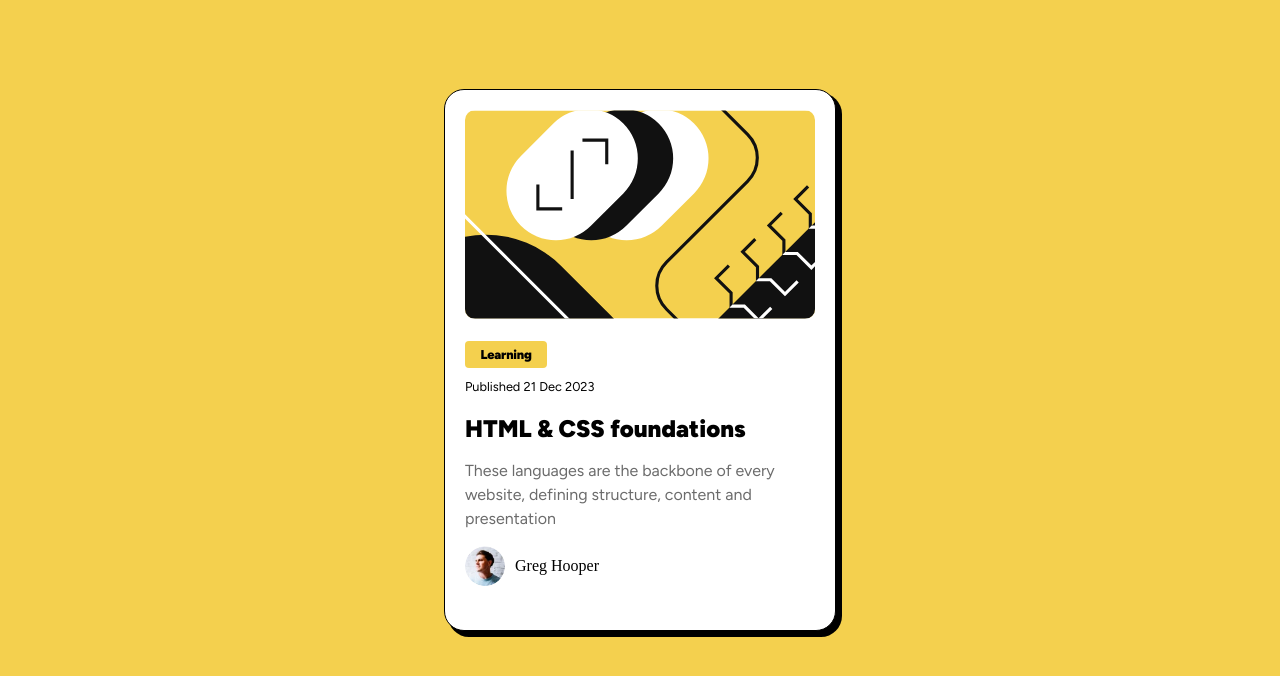
Repository: brandontaylor1/blogpreviewcard
Page: index.html
An editor plug-in stored every save of this project. The page is shown before and after the next save, followed by the edit.
The browser window is 1280 px wide. The pictures show the whole page.

Above is the page before, as saved 2024-12-25 12:23:32.

After the next save:
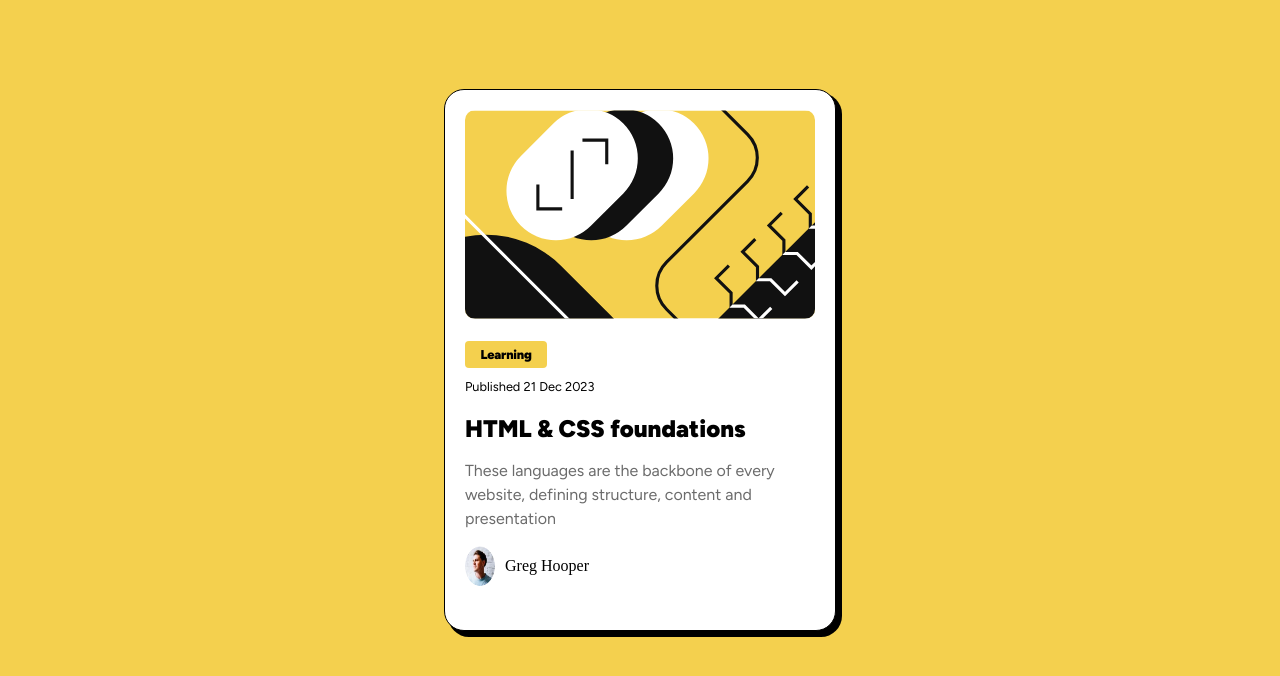
Saved 112 s later.
--- a/index.css
+++ b/index.css
@@ -119,7 +119,7 @@ body {
 }
 
 .user-footer img {
-    width: 40px;
+    width: 30px;
     height: 40px;
     border-radius: 50%;
     margin-right: 10px;
